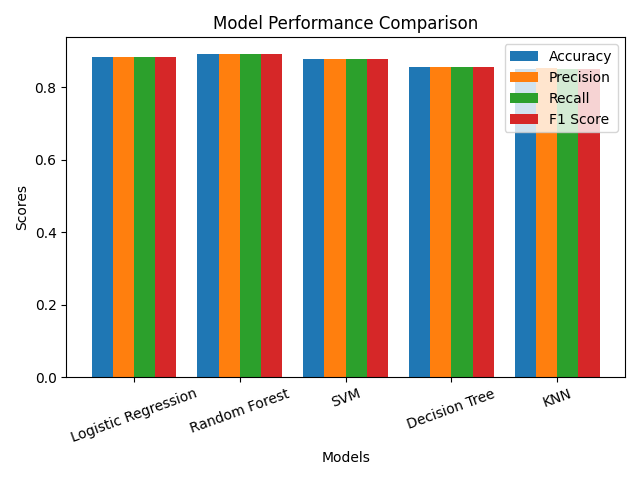
Repository: PratapOP/Stress_Management_System
Script's output: python run_live.py
The author's editor kept a copy of each file at every save. The script's output is drawn from the files as they stood at one save, then again after the next save.
Random numbers start from a fixed seed.

Above is the script's output before, as saved 2026-03-18 23:11:42.

### run_live.py
import matplotlib.pyplot as plt
import numpy as np

# Models
models = ['Logistic Regression', 'Random Forest', 'SVM', 'Decision Tree', 'KNN']

# Metrics
accuracy = [0.882, 0.891, 0.877, 0.855, 0.850]
precision = [0.882, 0.893, 0.877, 0.855, 0.852]
recall = [0.882, 0.891, 0.877, 0.855, 0.850]
f1_score = [0.882, 0.891, 0.877, 0.855, 0.850]

x = np.arange(len(models))
width = 0.2

# Create plot
plt.figure()

plt.bar(x - 1.5*width, accuracy, width, label='Accuracy')
plt.bar(x - 0.5*width, precision, width, label='Precision')
plt.bar(x + 0.5*width, recall, width, label='Recall')
plt.bar(x + 1.5*width, f1_score, width, label='F1 Score')

# Labels and title
plt.xlabel('Models')
plt.ylabel('Scores')
plt.title('Model Performance Comparison')

plt.xticks(x, models, rotation=20)
plt.legend()

plt.tight_layout()

# Save image for PPT
plt.savefig('model_comparison.png', dpi=300)

plt.show()

After the next save:
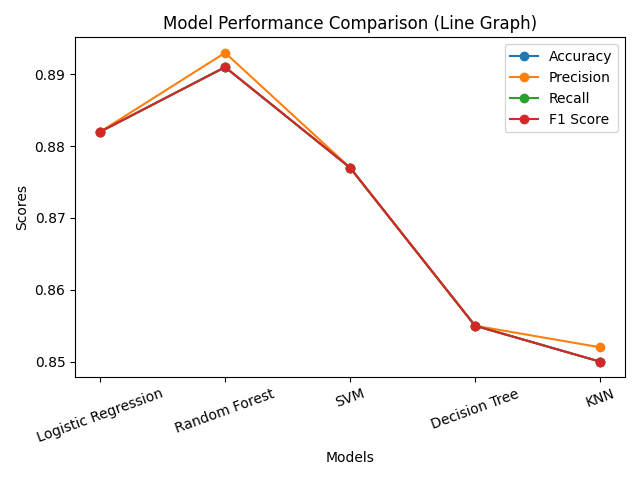
Saved 64 s later.
--- a/run_live.py
+++ b/run_live.py
@@ -1,5 +1,4 @@
 import matplotlib.pyplot as plt
-import numpy as np
 
 # Models
 models = ['Logistic Regression', 'Random Forest', 'SVM', 'Decision Tree', 'KNN']
@@ -10,28 +9,25 @@ precision = [0.882, 0.893, 0.877, 0.855, 0.852]
 recall = [0.882, 0.891, 0.877, 0.855, 0.850]
 f1_score = [0.882, 0.891, 0.877, 0.855, 0.850]
 
-x = np.arange(len(models))
-width = 0.2
-
 # Create plot
 plt.figure()
 
-plt.bar(x - 1.5*width, accuracy, width, label='Accuracy')
-plt.bar(x - 0.5*width, precision, width, label='Precision')
-plt.bar(x + 0.5*width, recall, width, label='Recall')
-plt.bar(x + 1.5*width, f1_score, width, label='F1 Score')
+plt.plot(models, accuracy, marker='o', label='Accuracy')
+plt.plot(models, precision, marker='o', label='Precision')
+plt.plot(models, recall, marker='o', label='Recall')
+plt.plot(models, f1_score, marker='o', label='F1 Score')
 
 # Labels and title
 plt.xlabel('Models')
 plt.ylabel('Scores')
-plt.title('Model Performance Comparison')
+plt.title('Model Performance Comparison (Line Graph)')
 
-plt.xticks(x, models, rotation=20)
+plt.xticks(rotation=20)
 plt.legend()
 
 plt.tight_layout()
 
-# Save image for PPT
-plt.savefig('model_comparison.png', dpi=300)
+# Save image
+plt.savefig('model_comparison_line.png', dpi=300)
 
 plt.show()
